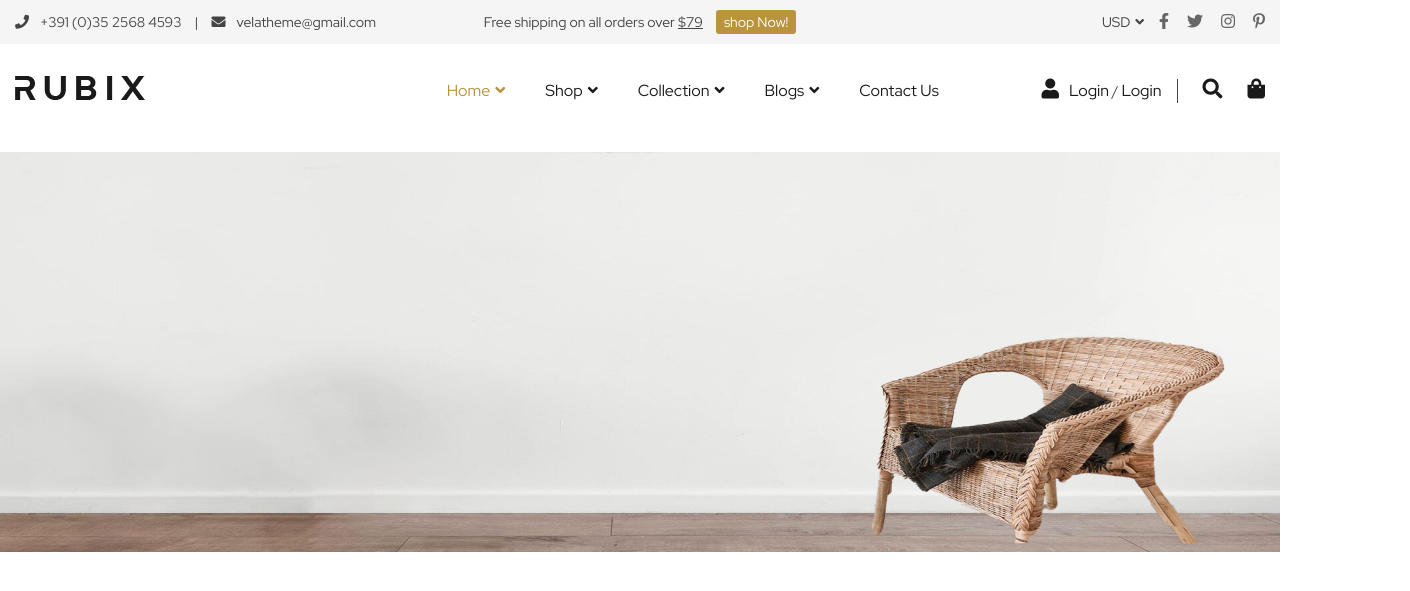
Repository: ldminh95/Gin-velademo
Page: index.html
The author's editor kept a copy of each file at every save. The page is drawn from the files as they stood at one save, then again after the next save.
The browser window is 1280 px wide. The page is 1410 px wide, so the pictures cover 1410 px, including what lies to the right of the window. The pictures show the whole page.
The style sheet was rebuilt from its Sass, Less or Tailwind sources for each picture, by a compiler version that may differ from the author's.

Above is the page before, as saved 2023-05-28 10:45:31.

### index.html
<!DOCTYPE html>
<html lang="en">
<head>
    <meta charset="UTF-8">
    <meta http-equiv="X-UA-Compatible" content="IE=edge">
    <meta name="viewport" content="width=device-width, initial-scale=1.0">
    <title>velademo-rubix</title>
    <link rel="stylesheet" href="https://cdnjs.cloudflare.com/ajax/libs/font-awesome/5.15.4/css/all.min.css">
    <link rel="stylesheet" type="text/css" href="/css/style.css">
</head>
<body>
    <div class="Overview">
        <div class="headerTop box_flex">
            <div class="headerTop_box-Left col-m3 pd15">
                <i class="fas fa-phone"></i>
                +391 (0)35 2568 4593
                <span class="mr10">|</span>
                <i class="fas fa-envelope"></i>
                velatheme@gmail.com
            </div>
            <div class="headerTop_box-Center col-m3 pd15">
                Free shipping on all orders over <u>$79</u>
                <a href="#" class="bg_primary">shop Now!</a>
            </div>
            <div class="headerTop_box-Right col-m3 box_flex pd15">
                <div class="gin-currency">
                    <div class="gin-currency-title">USD<i class="fas fa-angle-down"></i></div>
                    <div class="gin-currency-dropdown">
                        <div class="currency-item active">USD</div>
                        <div class="currency-item">INR</div>
                        <div class="currency-item">GBP</div>
                        <div class="currency-item">CAD</div>
                        <div class="currency-item">AUD</div>
                        <div class="currency-item">EUR</div>
                        <div class="currency-item">JPY</div>
                    </div>
                </div>
                <div class="gin-link">
                    <a href="#" target="_blank"><i class="fab fa-facebook-f"></i></a>
                    <a href="#" target="_blank"><i class="fab fa-twitter"></i></a>
                    <a href="#" target="_blank"><i class="fab fa-instagram"></i></a>
                    <a href="#" target="_blank"><i class="fab fa-pinterest-p"></i></a>
                </div>
            </div>
        </div>
        <header class="headerMenu">
            <section class="box_flex">
                <div class="header_Left col-m3 pd15">
                    <img src="./images/logo.png" alt="">
                </div>
                <div class="header_Center col-m3 pd15">
                    <div class="gin_menu">
                        <ul class="box_flex">
                            <li class="active">
                                <a href="">Home<i class="fas fa-angle-down"></i></a>
                                <ul class="gin_menu-second">
                                    <li><a href="">Home01</a></li>
                                    <li><a href="">Home02</a></li>
                                    <li><a href="">Home03</a></li>
                                    <li><a href="">Home04</a></li>
                                    <li><a href="">Home05</a></li>
                                    <li><a href="">Home06</a></li>
                                </ul>
                            </li>
                            <li>
                                <a href="">Shop<i class="fas fa-angle-down"></i></a>
                                <ul class="gin_menu-second">
                                    <li><a href="">Home01</a></li>
                                    <li><a href="">Home02</a></li>
                                    <li><a href="">Home03</a></li>
                                    <li><a href="">Home04</a></li>
                                    <li><a href="">Home05</a></li>
                                    <li><a href="">Home06</a></li>
                                </ul>
                            </li>
                            <li>
                                <a href="">Collection<i class="fas fa-angle-down"></i></a>
                                <ul class="gin_menu-second">
                                    <li><a href="">Home01</a></li>
                                    <li><a href="">Home02</a></li>
                                    <li><a href="">Home03</a></li>
                                    <li><a href="">Home04</a></li>
                                    <li><a href="">Home05</a></li>
                                    <li><a href="">Home06</a></li>
                                </ul>
                            </li>
                            <li>
                                <a href="">Blogs<i class="fas fa-angle-down"></i></a>
                                <ul class="gin_menu-second">
                                    <li><a href="">Home01</a></li>
                                    <li><a href="">Home02</a></li>
                                    <li><a href="">Home03</a></li>
                                    <li><a href="">Home04</a></li>
                                    <li><a href="">Home05</a></li>
                                    <li><a href="">Home06</a></li>
                                </ul>
                            </li>
                            <li>
                                <a href="">Contact Us</a>
                                <ul class="gin_menu-second">
                                    <li><a href="">Home01</a></li>
                                    <li><a href="">Home02</a></li>
                                    <li><a href="">Home03</a></li>
                                    <li><a href="">Home04</a></li>
                                    <li><a href="">Home05</a></li>
                                    <li><a href="">Home06</a></li>
                                </ul>
                            </li>
                        </ul>
                    </div>
                </div>
                <div class="header_Right col-m3 pd15 box_flex">
                    <div class="header_Right-account box_flex">
                        <a href=""><i class="fas fa-user"></i></a>
                        <ul>
                            <li><a href="">Login</a></li>
                            <span>/</span>
                            <li><a href="">Login</a></li>
                        </ul>
                    </div>
                    <div class="header_Right-search">
                        <a href=""><i class="fas fa-search"></i></a>
                    </div>
                    <div class="header_Right-cart">
                        <a href=""><i class="fas fa-shopping-bag"></i></a>
                    </div>
                </div>
            </section>
        </header>
        <div class="MainContent">
            <div class="gin_slideshow">
                <div class="slide_item">
                    <div class="slide_item-bg">
                        <img src="./images/index_bg01.jpg" alt="ghế tại ginshop">
                    </div>
                    <div class="wrapper">
                        <div class="slide_item-content">
                            <p>Quick parcel delivery, <span>from $25</span></p>
                            <h2>Wood Minimal Office Chair<br>Extra 40% off now</h2>
                            <a href="">Start Shopping ></a>
                        </div>
                    </div>
                </div>
            </div>
        </div>
    </div>
</body>
</html>

### css/googleFont.css
@import url('https://fonts.googleapis.com/css2?family=Red+Hat+Display:ital,wght@0,300;0,400;0,500;0,600;0,700;0,800;0,900;1,300;1,400;1,500;1,600;1,700;1,800;1,900&display=swap');


:root {
    --f-red-hat: 'Red Hat Display', sans-serif;
}

### css/base.css
:root {
    --gin-font: 14px;
    --color-primary: #ba933e;
    --body-bg: #fff;
    --text-color-primary: #444444;
    --text-color-second: #1a1a1a;
    --text-color-banner: #666666;
    --topbar-bg-color: #f5f5f5;
    --font-icon: 'FontAwesome';
}
body {
    box-sizing: border-box;
    font-family: var(--f-red-hat);
    font-size: var(--gin-font);
    padding: 0;
    margin: 0;
    font-weight: 400;
    line-height: 24px;
    color: var(--text-color-primary);
}
a {
    font-size: calc(var(--gin-font) + 2px);
    text-decoration: none;
}
li {
    list-style-type: none;
}
ul {
    padding: 0;
    margin: 0;
}
img {
    max-width: 100%;
}
.box_flex {
    display: -webkit-flex;
    display: flex;
    align-items: center;
}

.col-m3 {
    width: 33.3333%;
}

/* ================================ */
/* Gin core */
/* ================================ */


/* margin */
.mr10 {
    margin: 0 10px;
}
.pd15 {
    padding: 0 15px;
}

### scss/style.scss
@import "googleFont.css";
@import "base.css";

.Overview {
    margin: 0 auto;
}

.headerTop {
    width: 100%;
    background: var(--topbar-bg-color);
    padding: 10px 0;
    &_box {
        &-Left {
            .fas {
                margin-right: 8px;
            }
        }
        &-Center {
            text-align: center;
            .bg_primary {
                background-color: var(--color-primary);
                color: #fff;
                padding: 0 8px;
                border-radius: 3px;
                margin-left: 10px;
                font-size: var(--gin-font);
                display: inline-block;
                &:hover {
                    background: #947531;
                }
            }
        }
        &-Right {
            justify-content: flex-end;
            .gin {
                &-currency {
                    position: relative;
                    cursor: pointer;
                    &-dropdown {
                        position: absolute;
                        display: none;
                        .currency-item {
                            padding: 5px 0;
                            &.active {
                                color: var(--color-primary);
                            }
                            &:hover {
                                color: var(--color-primary);
                                cursor: pointer;
                            }
                        }
                    }
                    i {
                        margin-left: 5px;
                    }
                    &:hover {
                        .gin-currency-dropdown {
                            display: block;
                            border: 1px solid rgba(0,0,0,0.15);
                            border-radius: 3px;
                            background-color: #fff;
                            padding: 5px 20px;
                            top: 100%;
                            font-size: calc(var(--gin-font) + 2px);
                            right: 0;
                            box-shadow: 0 6px 12px #0000002d;
                        }
                    }
                }
                &-link {
                    a {
                        margin-left: 15px;
                        color: var(--text-color-banner);
                        &:hover {
                            color: var(--color-primary);
                        }
                    }
                }
            }
        }
    }
}

.headerMenu {
    padding: 20px 0;
    .header {
        &_Center {
            li {
                position: relative;
                a {
                    padding: 15px 20px;
                    display: inline-block;
                    width: max-content;
                    color: var(--text-color-second);
                    i {
                        margin-left: 5px;
                    }
                }
                &.active {
                    >a {
                        color: var(--color-primary);
                    }
                }
                ul {
                    position: absolute;
                    min-width: 220px;
                    padding: 15px 25px;
                    display: block;
                    box-shadow: 0 6px 15px #0000001f;
                    z-index: 99;
                    text-align: left;
                    visibility: hidden;
                    margin-top: 50px;
                    transition: all .3s cubic-bezier(0.175, 0.885, 0.32, 1.275);
                    a {
                        padding: 3px 0;
                        font-size: var(--gin-font);
                    }
                }
                &:hover {
                    ul {
                        visibility: visible;
                        margin-top: 0;
                        li {
                            &:hover {
                                a {
                                    color: var(--color-primary);
                                }
                            }
                        }
                    }
                }
            }
        }
        &_Right {
            justify-content: flex-end;
            &-account {
                padding-right: 15px;
                border-right: 1px solid var(--text-color-primary);
            }
            &-search {
                margin-left: 25px;
            }
            &-cart {
                margin-left: 25px;
            }
            i {
                font-size: calc(var(--gin-font) + 6px);
            }
            a {
                color: var(--text-color-second);
                &:hover {
                    color: var(--color-primary);
                }
            }
            li {
                display: inline-block;
            }
            ul {
                margin-left: 10px;
            }
        }
    }
}

.MainContent {
    .slide {
        &_item {
            position: relative;
            &-bg {
               position: absolute;
               top: 0;
               left: 0;
               right: 0;
            }
            .wrapper {
               width: 1410px;
               margin: 0 auto;
               .slide_item-content {
                    padding: 0 15px;
               }
            }
        }
    }
}

After the next save:
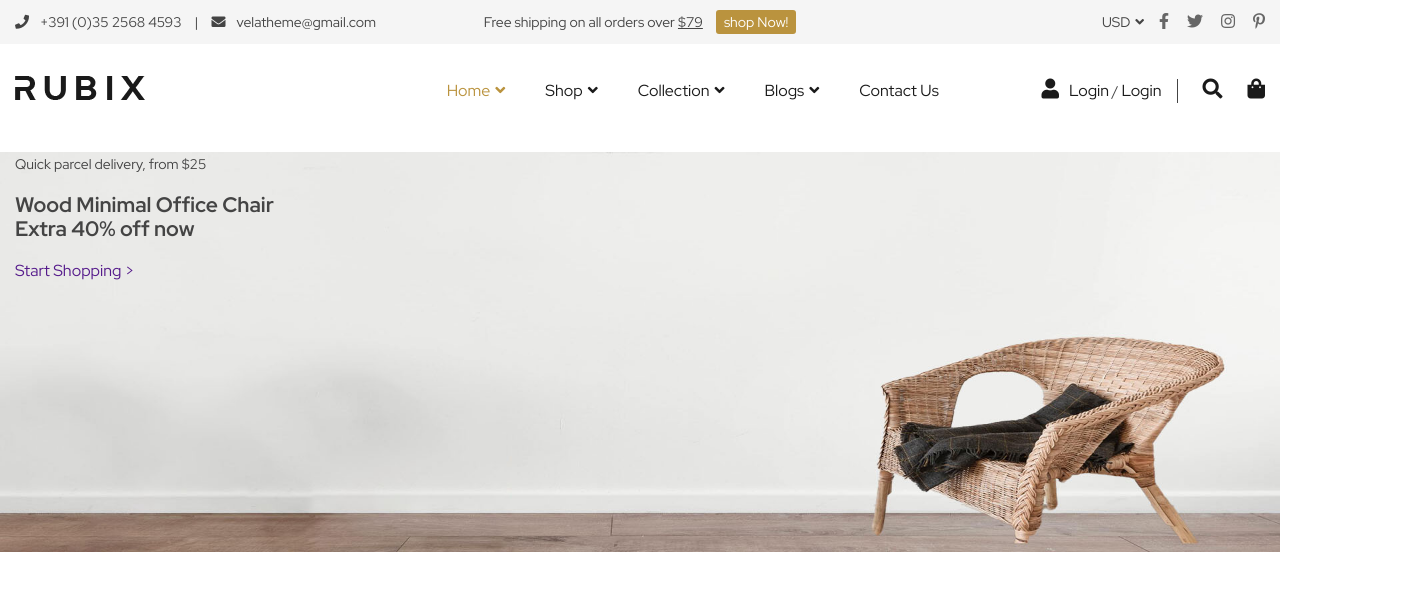
Saved 21 s later.
--- a/scss/style.scss
+++ b/scss/style.scss
@@ -178,6 +178,8 @@
                margin: 0 auto;
                .slide_item-content {
                     padding: 0 15px;
+                    position: relative;
+                    z-index: 1;
                }
             }
         }
